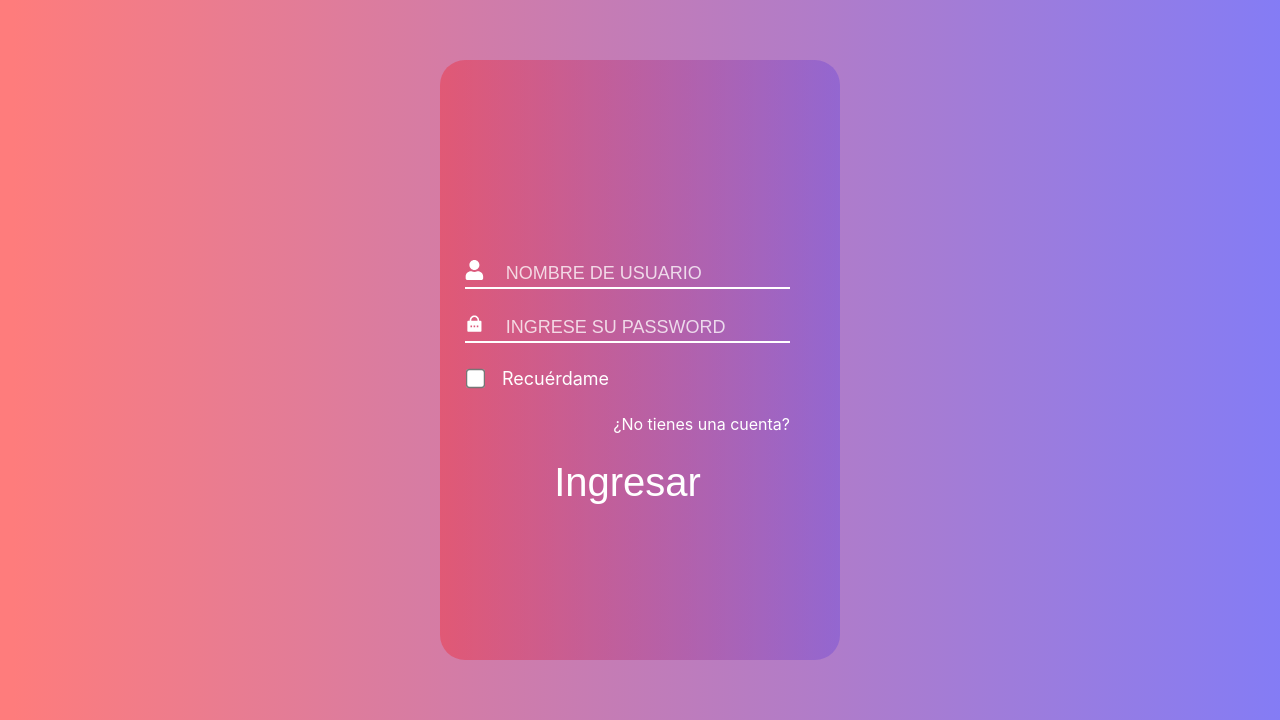
Repository: Davic1o/municipio
Page: /
An editor plug-in stored every save of this project. The page is shown before and after the next save, followed by the edit.
The browser window is 1280 px wide. The pictures show the whole page.
The project was rebuilt for these pictures with package versions that can differ from the ones it lists, and the page was loaded fresh each time.

Above is the page before, as saved 2024-02-05 23:07:20.

### src/index.css
body {
  margin: 0;
  font-family: -apple-system, BlinkMacSystemFont, 'Segoe UI', 'Roboto', 'Oxygen',
    'Ubuntu', 'Cantarell', 'Fira Sans', 'Droid Sans', 'Helvetica Neue',
    sans-serif;
  -webkit-font-smoothing: antialiased;
  -moz-osx-font-smoothing: grayscale;
}

code {
  font-family: source-code-pro, Menlo, Monaco, Consolas, 'Courier New',
    monospace;
}
input{
  text-decoration: none;
  border: none;
}
button{
  background-color: transparent;
  text-decoration: none;
  border: none;
}

### src/App.jsx

import './App.css';
import LoginComponent from './pages/Login/Login';

function App() {
  return (
    <div className="App">
      <LoginComponent/>
    </div>
  );
}

export default App;

### src/pages/Login/Login.jsx
import React from 'react';
import { FaUser } from "react-icons/fa";
import { RiLockPasswordFill } from "react-icons/ri";
import './login.css';  // Asegúrate de tener un archivo de estilo CSS para tu componente

const Login = () => {
  return (
    <div className="login__container">
      <div className="login__recuadro">
        <div className="login__formulario">
          <div className="contenedor__nombre">

            <FaUser className='icon__nombre' />
            <input type="text" className="inp__nombre" placeholder='NOMBRE DE USUARIO'/>
          </div>
          <div className="contenedor__password">
          <RiLockPasswordFill className='icon__password' />
            <input type="password" className="inp__password" placeholder='INGRESE SU PASSWORD'/>
          </div>
          <div className="contenedor__recuerdame">
            <input type="checkbox" className="inp__recuerdame" />
            <label htmlFor="" className="lbl__recuerdame">Recuérdame</label>
          </div>
          <div className="contenedor__registrar">
            <label htmlFor="" className="lbl__registrar">¿No tienes una cuenta?</label>
          </div>
          <div className="contendor__ingresar">
            <button className="btn__ingresar">Ingresar</button>
          </div>
        </div>
      </div>
    </div>
  );
};

export default Login;

### src/pages/Login/login.css
.login__container {
    background: linear-gradient(to right, rgba(253, 0, 0, 0.514) 1%, rgba(16, 0, 235, 0.514));
    background-size: cover;
    height: 100vh;
    width: 100vw;
    box-sizing: border-box;
    display: flex;
    align-items: center;
    justify-content: center;
    z-index: 0;
}
.login__recuadro{
    width: 400px;
    height: 600px;
    border-radius: 25px;
    background: linear-gradient(to right, rgba(253, 0, 0, 0.288) 1%, rgba(16, 0, 235, 0.171));
}
.login__formulario{
    margin-top: 200px;
}
.contenedor__nombre, .contenedor__password{
    width: 325px;
    margin: 25px;
    display: flex;
    border-bottom: 2px solid white ;
}
.icon__nombre, .icon__password{
    margin-right: 20px;
    font-size: 20px;
    background-color: transparent;
    color: white;
}
.inp__nombre, .inp__password{

    background-color: transparent;
    width: 300px;
    height: 25px;
    font-size: 18px;
    color: white;
}
.inp__nombre::placeholder, .inp__password::placeholder{
    font-size: 18px;
color: rgba(255, 255, 255, 0.767);
}
.inp__nombre:focus, .inp__password:focus{
    outline: none;
    font-size: 18px;
    border: none;
    color: white;
}
.contenedor__recuerdame{
    width: 325px;
    margin: 25px;
    display: flex;
}
.inp__recuerdame{
    transform: scale(1.5);
    margin-right: 20px;
}
.lbl__recuerdame{
    font-size: 18px;
    color: white;
}
.contenedor__registrar{
    width: 325px;
    margin: 25px;
    display: flex;
    justify-content: right;
}
.lbl__registrar{
    color: white;
}
.lbl__registrar:hover{
    color: blue;
    cursor: pointer;
}
.contendor__ingresar{
    width: 325px;
    margin: 25px;
    display: flex;
    justify-content: center;
}
.btn__ingresar{
    color: white;
    font-size: 40px;

}

Loaded but not shown: public/index.html (common file); src/index.js (common file); src/reportWebVitals.js (common file); src/App.css (common file)

After the next save:
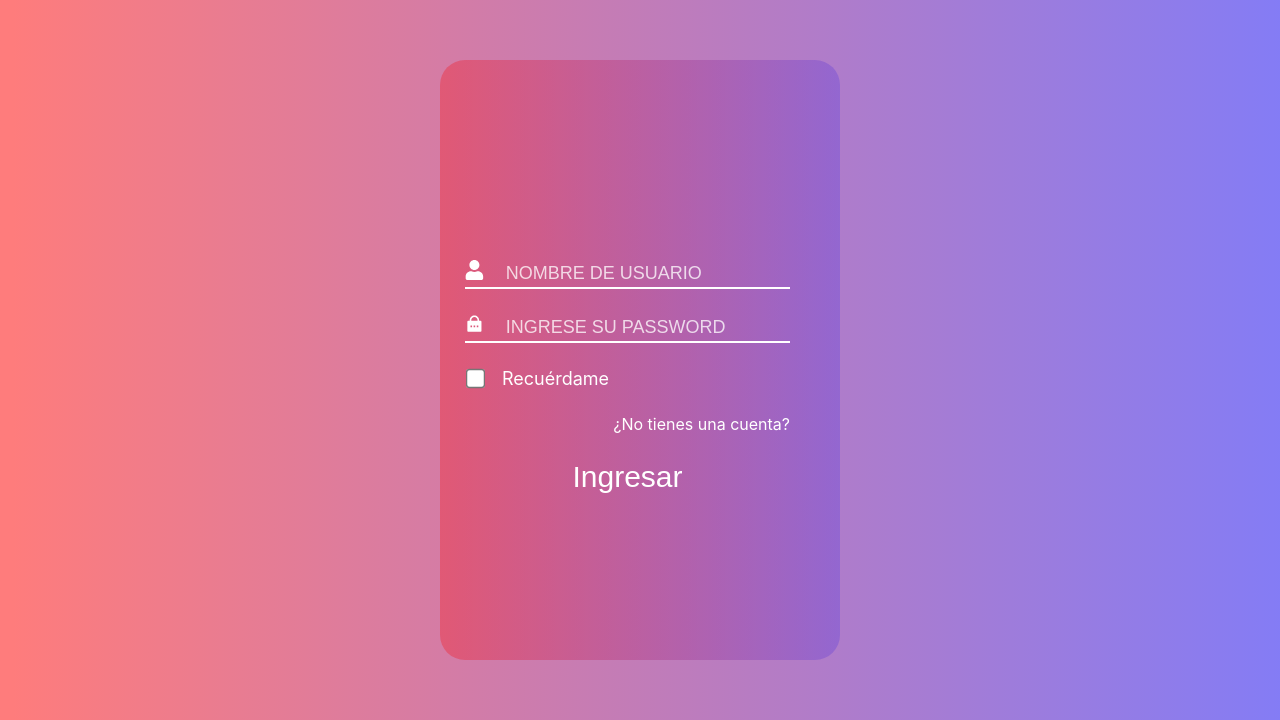
Saved 4 s later.
--- a/src/pages/Login/login.css
+++ b/src/pages/Login/login.css
@@ -82,6 +82,6 @@ color: rgba(255, 255, 255, 0.767);
 }
 .btn__ingresar{
     color: white;
-    font-size: 40px;
+    font-size: 30px;
 
 }
